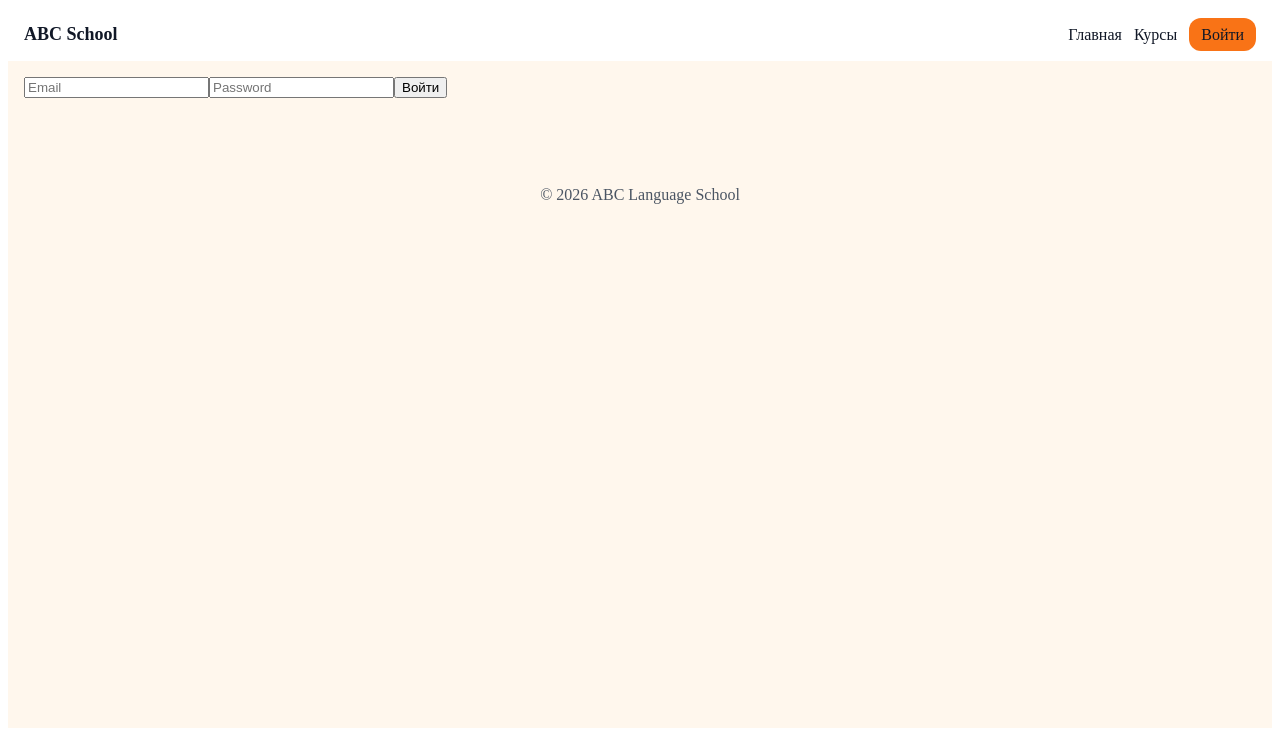
Repository: vidergooold/abc-language-school
Page: /login (app in frontend/)
These files come from the project's save history. The page is drawn as it stood at one moment and after the next save; the edit follows.
The browser window is 1280 px wide. The pictures show the whole page.
The project was rebuilt for these pictures with package versions that can differ from the ones it lists, and the page was loaded fresh each time. Also part of the build but not shown: frontend/vite.config.ts, frontend/src/components/ui/BaseButton.vue, frontend/src/stores/enrollment.ts, frontend/src/components/home/LeadForm.vue, frontend/src/components/home/HeroSection.vue, frontend/src/components/home/StatsBlock.vue, frontend/src/components/home/CoursesPreview.vue, frontend/src/pages/Home.vue and 6 more.

Above is the page before, as saved 2026-01-08 16:35:11.

### frontend/src/main.ts
import { createApp } from 'vue'
import App from './App.vue'
import router from './router'
import './styles/theme.css'

import { createPinia } from 'pinia'

const pinia = createPinia()

createApp(App)
  .use(router)
  .use(pinia)
  .mount('#app')

### frontend/src/App.vue
<template>
  <div class="app">
    <Header />
    <main class="app-main">
      <router-view />
    </main>
    <Footer />
  </div>
</template>

<script setup lang="ts">
import Header from './components/layout/Header.vue'
import Footer from './components/layout/Footer.vue'
</script>

<style scoped>
.app {
  min-height: 100vh;
  background: var(--bg-main);
  color: var(--text-main);
}

.app-main {
  padding: 16px;
}
</style>

### frontend/src/router/index.ts
import { createRouter, createWebHistory } from 'vue-router'

import Home from '@/pages/Home.vue'
import Courses from '@/pages/Courses.vue'
import Login from '@/pages/Login.vue'

import AccountLayout from '@/components/layout/AccountLayout.vue'
import Profile from '@/pages/account/Profile.vue'

import { useAuthStore } from '@/stores/auth'

const router = createRouter({
  history: createWebHistory(),
  routes: [
    {
      path: '/',
      component: Home,
    },
    {
      path: '/courses',
      component: Courses,
    },
    {
      path: '/login',
      component: Login,
    },
    {
      path: '/account',
      component: AccountLayout,
      meta: { requiresAuth: true },
      children: [
        {
          path: '',
          component: Profile,
        },
      ],
    },
  ],
})

/**
 * Глобальная защита маршрутов
 */
router.beforeEach((to) => {
  const auth = useAuthStore()

  if (to.meta.requiresAuth && !auth.token) {
    return '/login'
  }
})

export default router

### frontend/src/styles/theme.css
:root {
  /* Brand */
  --brand-orange: #F97316;
  --brand-red: #EF4444;
  --brand-yellow: #FACC15;

  /* Backgrounds */
  --bg-main: #FFF7ED;
  --bg-white: #ffffff;

  /* Text */
  --text-main: #111827;
  --text-secondary: #4B5563;

  /* UI */
  --border-radius: 12px;
  --transition: 0.2s ease-in-out;
}

### frontend/src/components/layout/Header.vue
<template>
  <header class="header">
    <div class="logo">ABC School</div>
    <nav class="nav">
      <a href="/">Главная</a>
      <a href="/courses">Курсы</a>
      <a href="/login" class="cta">Войти</a>
    </nav>
  </header>
</template>

<style scoped>
.header {
  display: flex;
  justify-content: space-between;
  align-items: center;
  padding: 16px;
  background: var(--bg-white);
}

.logo {
  font-weight: 700;
  font-size: 18px;
}

.nav a {
  margin-left: 12px;
  text-decoration: none;
  color: var(--text-main);
}

.cta {
  padding: 8px 12px;
  background: var(--brand-orange);
  color: white;
  border-radius: var(--border-radius);
}
</style>

### frontend/src/components/layout/Footer.vue
<template>
  <footer class="footer">
    <p>© 2026 ABC Language School</p>
  </footer>
</template>

<style scoped>
.footer {
  margin-top: 40px;
  padding: 16px;
  text-align: center;
  color: var(--text-secondary);
}
</style>

### frontend/src/pages/Login.vue
<template>
  <form @submit.prevent="submit">
    <input v-model="email" placeholder="Email" />
    <input v-model="password" type="password" placeholder="Password" />
    <button>Войти</button>
  </form>
</template>

<script setup lang="ts">
import { ref } from 'vue'
import { useAuthStore } from '@/stores/auth'

const email = ref('')
const password = ref('')
const auth = useAuthStore()

async function submit() {
  await auth.login(email.value, password.value)
}
</script>

### frontend/src/stores/auth.ts
import { defineStore } from 'pinia'
import http from '@/api/http'

export const useAuthStore = defineStore('auth', {
  state: () => ({
    token: localStorage.getItem('token') as string | null,
  }),

  actions: {
    async login(email: string, password: string) {
      const res = await http.post('/auth/login', { email, password })
      this.token = res.data.access_token
      localStorage.setItem('token', this.token!)
    },
    logout() {
      this.token = null
      localStorage.removeItem('token')
    },
  },
})

### frontend/src/api/http.ts
import axios from 'axios'

const http = axios.create({
  baseURL: 'http://localhost:8000/api/v1',
  headers: {
    'Content-Type': 'application/json',
  },
})

export default http

Loaded but not shown: frontend/index.html (common file)

After the next save:
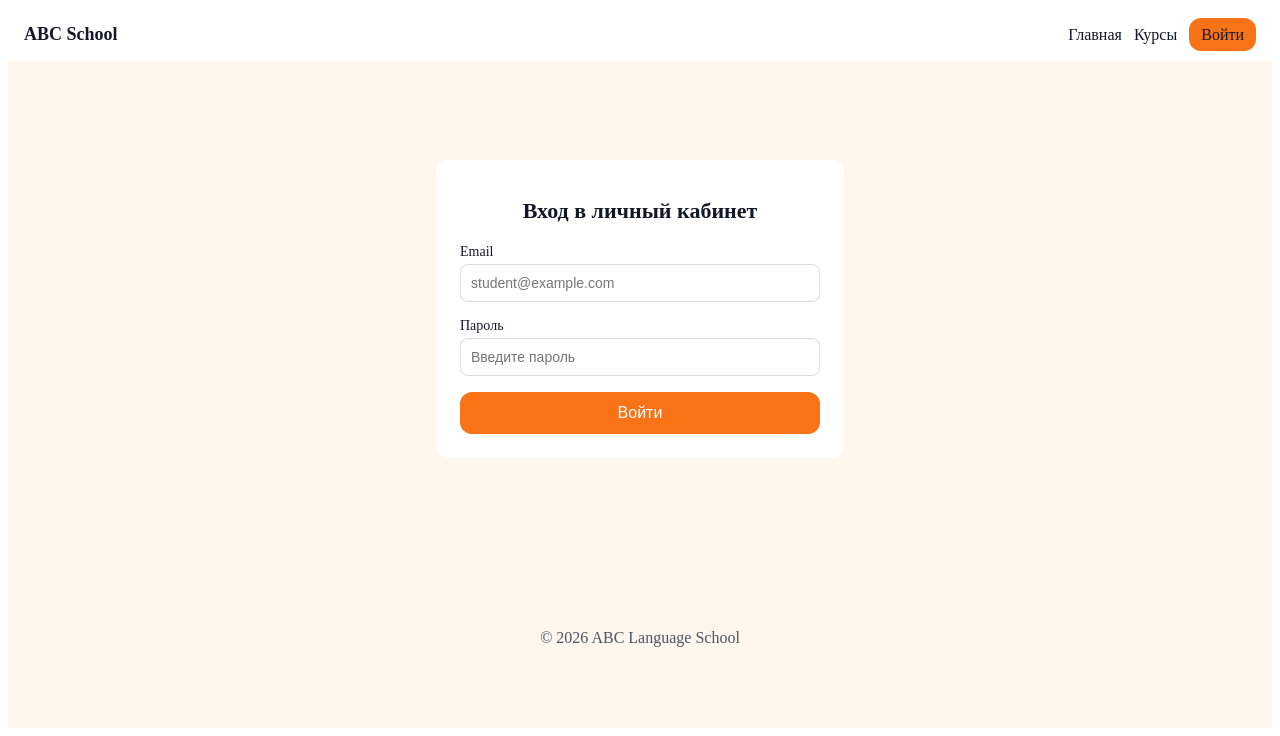
Saved 5 min 33 s later.
--- a/frontend/src/pages/Login.vue
+++ b/frontend/src/pages/Login.vue
@@ -1,20 +1,120 @@
 <template>
-  <form @submit.prevent="submit">
-    <input v-model="email" placeholder="Email" />
-    <input v-model="password" type="password" placeholder="Password" />
-    <button>Войти</button>
-  </form>
+  <main class="login-page">
+    <form class="login-form" @submit.prevent="submit">
+      <h1 class="login-title">Вход в личный кабинет</h1>
+
+      <div class="field">
+        <label>Email</label>
+        <input
+          v-model="email"
+          type="email"
+          placeholder="student@example.com"
+          required
+        />
+      </div>
+
+      <div class="field">
+        <label>Пароль</label>
+        <input
+          v-model="password"
+          type="password"
+          placeholder="Введите пароль"
+          required
+        />
+      </div>
+
+      <button class="login-btn" type="submit">
+        Войти
+      </button>
+
+      <p v-if="error" class="error">
+        {{ error }}
+      </p>
+    </form>
+  </main>
 </template>
 
 <script setup lang="ts">
 import { ref } from 'vue'
+import { useRouter } from 'vue-router'
 import { useAuthStore } from '@/stores/auth'
 
 const email = ref('')
 const password = ref('')
-const auth = useAuthStore()
+
+const error = ref<string | null>(null)
+
+const authStore = useAuthStore()
+const router = useRouter()
 
 async function submit() {
-  await auth.login(email.value, password.value)
+  error.value = null
+
+  try {
+    await authStore.login(email.value, password.value)
+    router.push('/account')
+  } catch (e) {
+    error.value = 'Неверный email или пароль'
+  }
 }
 </script>
+
+<style scoped>
+.login-page {
+  min-height: 60vh;
+  display: flex;
+  align-items: center;
+  justify-content: center;
+  padding: 16px;
+}
+
+.login-form {
+  width: 100%;
+  max-width: 360px;
+  background: var(--bg-white);
+  padding: 24px;
+  border-radius: var(--border-radius);
+}
+
+.login-title {
+  font-size: 22px;
+  margin-bottom: 20px;
+  text-align: center;
+}
+
+.field {
+  display: flex;
+  flex-direction: column;
+  margin-bottom: 16px;
+}
+
+.field label {
+  font-size: 14px;
+  margin-bottom: 4px;
+}
+
+.field input {
+  padding: 10px;
+  border-radius: 8px;
+  border: 1px solid #ddd;
+  font-size: 14px;
+}
+
+.login-btn {
+  width: 100%;
+  padding: 12px;
+  background: var(--brand-orange);
+  color: #fff;
+  border: none;
+  border-radius: var(--border-radius);
+  font-size: 16px;
+  cursor: pointer;
+}
+
+.error {
+  margin-top: 12px;
+  color: var(--brand-red);
+  font-size: 14px;
+  text-align: center;
+}
+</style>
